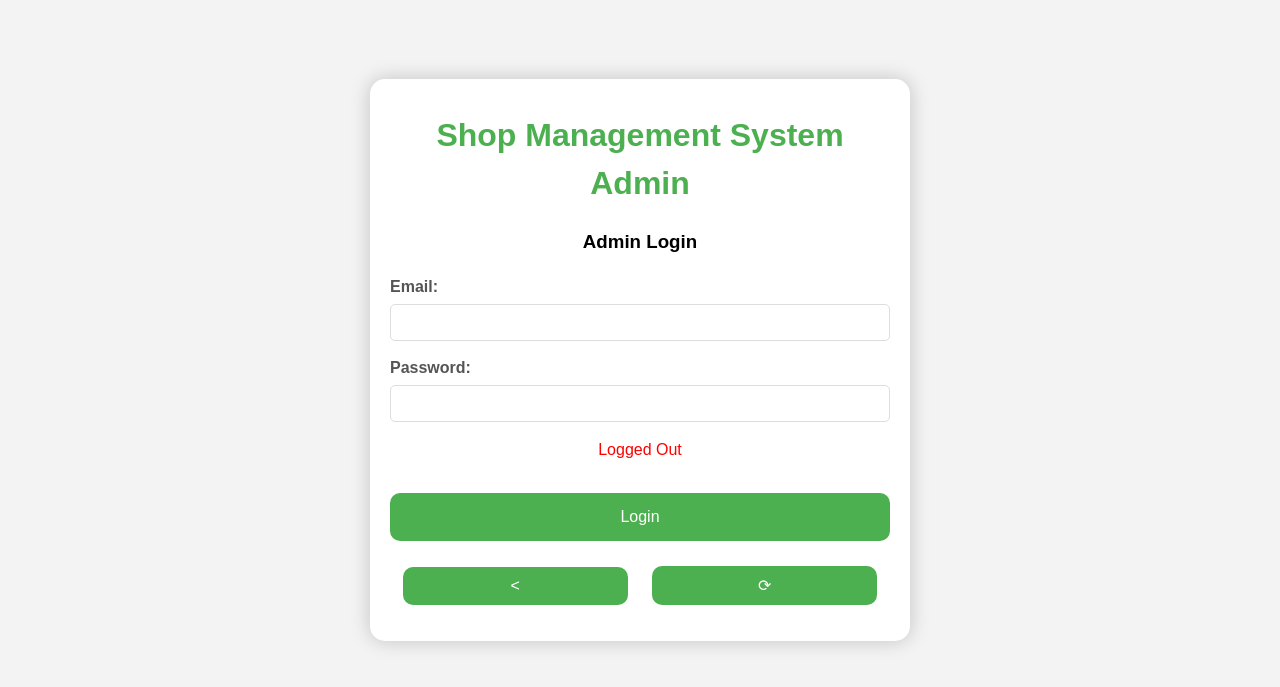
Repository: shamchiwade/GroceryNow
Page: http://localhost/ShopManagement/viewData.jsp
An editor plug-in stored every save of this project. The page is shown before and after the next save, followed by the edit.
The browser window is 1280 px wide. The pictures show the whole page.
The page is served by Tomcat 10. Nobody is signed in. The application's start-up code is not run. Other server files are loaded and not shown.

Above is the page before, as saved 2024-10-09 20:23:31.

### ShopManagement/src/main/webapp/viewData.jsp

<%@page import="java.sql.SQLException"%>
<%@page import="java.sql.ResultSet"%>
<%@page import="java.sql.PreparedStatement"%>
<%@page import="java.sql.DriverManager"%>
<%@page import="java.sql.Connection"%>
<%@ page language="java" contentType="text/html; charset=UTF-8"
	pageEncoding="UTF-8"%>


<%
String email = (String) session.getAttribute("email");
String password = (String) session.getAttribute("password");

if (email == null || password == null) {
    RequestDispatcher rd = request.getRequestDispatcher("adminLogin.jsp");
    request.setAttribute("error", "Logged Out");
    rd.forward(request, response);
} else {
    try {
        Class.forName("org.postgresql.Driver");
        Connection con = DriverManager.getConnection("jdbc:postgresql://localhost:5432/shopkeeper?user=postgres&password=root");
        PreparedStatement ps = con.prepareStatement("select * from users where user_email=?");
        ps.setString(1, email);
        ResultSet rs = ps.executeQuery();
        if (rs.next()) {
            String dbPassword = rs.getString("user_password");
            if (password.equals(dbPassword)) {

%>

<!DOCTYPE html>
<html>
<head>
<title>View Data</title>
<style>
body {
	font-family: Arial, sans-serif;
	margin: 0;
	padding: 0;
	background-color: #f9f9f9;
}

.admin-container {
	max-width: 1200px;
	margin: 40px auto;
	padding: 20px;
	background-color: #fff;
	border: 1px solid #ddd;
	box-shadow: 0 0 10px rgba(0, 0, 0, 0.1);
}

.admin-header {
	background-color: #337ab7;
	color: #fff;
	padding: 30px 10px;
	text-align: center;
	border-bottom: 1px solid #337ab7;
	position: relative;
}

.admin-header h1 {
	margin-top: 0;
	font-size: 24px;
}

.logout-button {
	position: absolute;
	top: 10px;
	right: 10px;
	background-color: #e74c3c;
	color: #fff;
	padding: 10px 20px;
	border: none;
	font-size: 16px;
	cursor: pointer;
	border-radius: 5px;
	box-shadow: 0 0 10px rgba(0, 0, 0, 0.2);
}

.logout-button:hover {
	background-color: #c0392b;
}

.data-table {
	width: 100%;
	border-collapse: collapse;
	margin-bottom: 20px;
}

.data-table th, .data-table td {
	border: 1px solid #ddd;
	padding: 10px;
	text-align: left;
}

.data-table th {
	background-color: #337ab7;
	color: #fff;
}

.data-table tr:nth-child(even) {
	background-color: #f9f9f9;
}

.data-table tr:hover {
	background-color: #f2f2f2;
}

.admin-footer {
	background-color: #f0f0f0;
	padding: 10px;
	text-align: center;
	clear: both;
	border-top: 1px solid #ddd;
}

.admin-footer p {
	margin-bottom: 0;
	font-size: 14px;
}

.btn {
	padding: 10px 20px;
	border-radius: 10px;
	border: none;
	color: white;
	cursor: pointer;
	background-color: #4CAF50;
	width: 48%;
	font-size: 16px;
	margin: 10px;
}

.btn:hover {
	background-color: #3e8e41;
}
</style>
</head>
<body>
	<div class="admin-container">
		<div class="admin-header">
			<h1>View Data</h1>
			<p>This page displays all data in the database.</p>
			<a href="logout" class="logout-button">Logout</a>
		</div>
		<table class="data-table">
<%

%>
			<tr>
				<th>ID</th>
				<th>Product Name</th>
				<th>Quantity/Size</th>
				<th>Price</th>
				<th>Product Image</th>
			</tr>
			<tr>
				<td>1</td>
				<td>Apple iPhone 13</td>
				<td>64GB</td>
				<td>$999.99</td>
				<td><img src="https://example.com/iphone13.jpg" width="100"
					height="100"></td>
			</tr>
			<tr>
				<td>2</td>
				<td>Samsung Galaxy S22</td>
				<td>128GB</td>
				<td>$899.99</td>
				<td><img src="https://example.com/galaxys22.jpg" width="100"
					height="100"></td>
			</tr>
			<tr>
				<td>3</td>
				<td>Google Pixel 6</td>
				<td>256GB</td>
				<td>$799.99</td>
				<td><img src="https://example.com/pixel6.jpg" width="100"
					height="100"></td>
			</tr>
		</table>

		<button class="btn" onclick="location.href='adminHome.jsp'"><%="<"%></button>
		<button class="btn" onclick="location.href='viewData.jsp'">&#10227;</button>

		<div class="admin-footer">
			<p>Made With ❤ &copy; 2024 GloceryNow</p>
		</div>
	</div>
</body>
</html>

<%
            } else {
                RequestDispatcher rd = request.getRequestDispatcher("adminLogin.jsp");
                request.setAttribute("error", "Invalid email or password");
                rd.forward(request, response);
            }
        } else {
            RequestDispatcher rd = request.getRequestDispatcher("adminLogin.jsp");
            request.setAttribute("error", "Invalid email or password");
            rd.forward(request, response);
        }
    } catch (ClassNotFoundException | SQLException e) {
        e.printStackTrace();
    }
}
%>

### ShopManagement/src/main/webapp/adminLogin.jsp
<html>
<head>
<title>Shop Management System - Admin Login</title>
<link rel="stylesheet" href="style.css">
</head>
<body>
	<div class="main">
		<h1>Shop Management System Admin</h1>
		<h3>Admin Login</h3>
		<form action="adminlogin">
			<label for="email">Email:</label> <input type="email" id="email"
				name="em" required> <label for="password">Password:</label>
			<input type="password" id="password" name="ps" required>
			<p style="color: red;">${error}</p>
			<button type="submit">Login</button>
			<button class="btn" onclick="location.href='index.jsp'"><%="<"%></button>
			<button class="btn" onclick="location.href='adminLogin.jsp'">&#10227;</button>

		</form>
	</div>
</body>
</html>

### ShopManagement/src/main/webapp/style.css
@charset "UTF-8";

body {
	display: flex;
	align-items: center;
	justify-content: center;
	font-family: sans-serif;
	line-height: 1.5;
	min-height: 100vh;
	background: #f3f3f3;
	flex-direction: column;
	margin: 0;
}

.main {
	background-color: #fff;
	border-radius: 15px;
	box-shadow: 0 0 20px rgba(0, 0, 0, 0.2);
	padding: 10px 20px;
	transition: transform 0.2s;
	width: 500px;
	text-align: center;
}

h1 {
	color: #4CAF50;
}

label {
	display: block;
	width: 100%;
	margin-top: 10px;
	margin-bottom: 5px;
	text-align: left;
	color: #555;
	font-weight: bold;
}

input {
	display: block;
	width: 100%;
	margin-bottom: 15px;
	padding: 10px;
	box-sizing: border-box;
	border: 1px solid #ddd;
	border-radius: 5px;
}

button {
	padding: 15px;
	border-radius: 10px;
	margin-top: 15px;
	margin-bottom: 15px;
	border: none;
	color: white;
	cursor: pointer;
	background-color: #4CAF50;
	width: 100%;
	font-size: 16px;
}

.wrap {
	display: flex;
	justify-content: center;
	align-items: center;
}

.options {
	display: flex;
	justify-content: space-between;
	margin-top: 20px;
}

.btn {
	padding: 10px 20px;
	border-radius: 10px;
	border: none;
	color: white;
	cursor: pointer;
	background-color: #4CAF50;
	width: 45%;
	font-size: 16px;
	margin: 10px;
}

.btn:hover {
	background-color: #3e8e41;
}

.passdiv button.pass {
	display:inline-block;
	width: 20px;
	background-color: red;
}

After the next save:
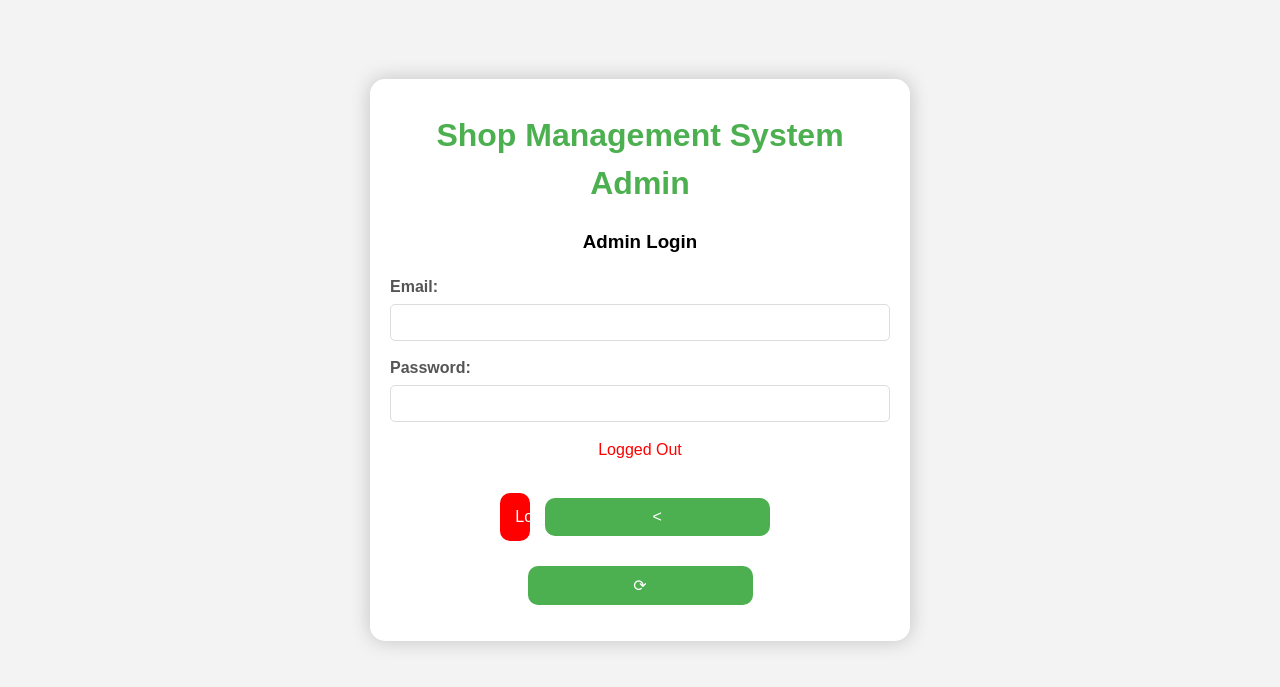
Saved 13 s later.
--- a/ShopManagement/src/main/webapp/style.css
+++ b/ShopManagement/src/main/webapp/style.css
@@ -87,7 +87,7 @@
 	background-color: #3e8e41;
 }
 
-.passdiv button.pass {
+button {
 	display:inline-block;
 	width: 20px;
 	background-color: red;

After the save that followed:
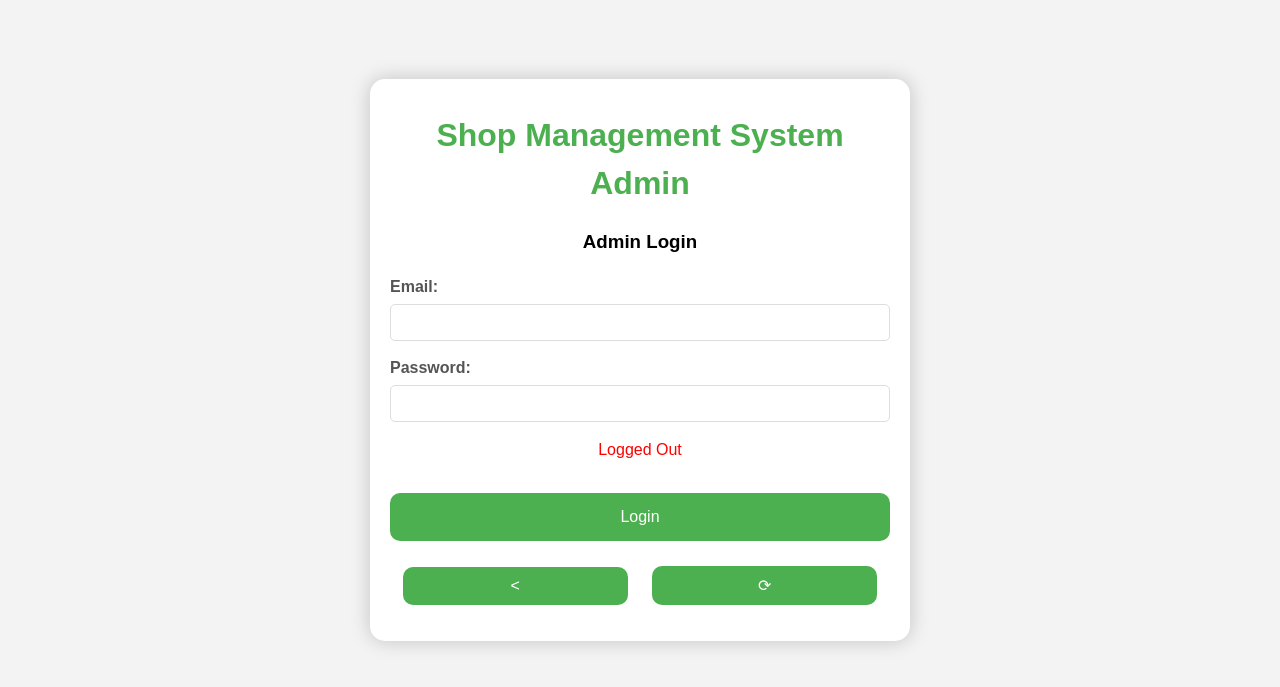
Saved 56 s later.
--- a/ShopManagement/src/main/webapp/style.css
+++ b/ShopManagement/src/main/webapp/style.css
@@ -86,9 +86,3 @@
 .btn:hover {
 	background-color: #3e8e41;
 }
-
-button {
-	display:inline-block;
-	width: 20px;
-	background-color: red;
-}
